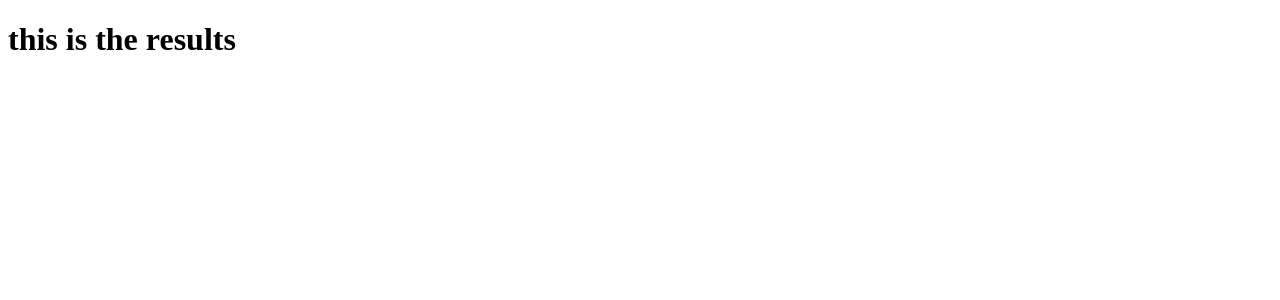
Repository: nazaninrizvi/codecademy
Page: Javascript/Mixed-messages/results.html
These files come from the project's save history. The page is drawn as it stood at one moment and after the next save; the edit follows.
The browser window is 1280 px wide. The pictures show the whole page.

Above is the page before, as saved 2021-11-21 20:51:18.
Console error: TypeError: document.getElementIdById is not a function

After the next save:
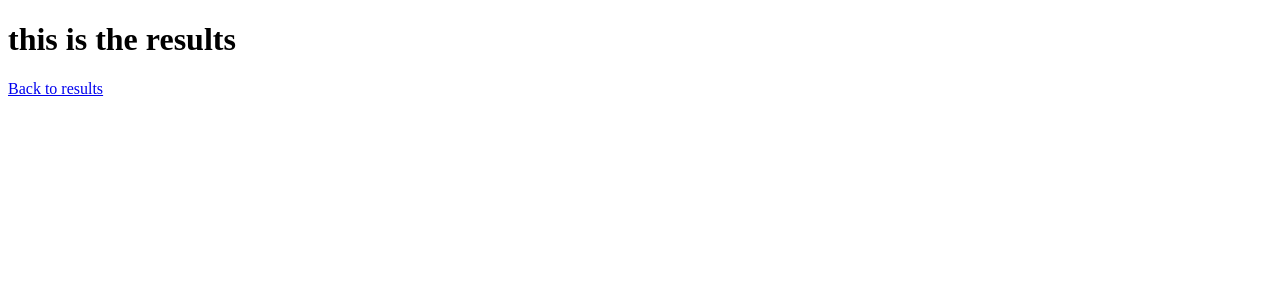
Saved 9 s later.
--- a/Javascript/Mixed-messages/results.html
+++ b/Javascript/Mixed-messages/results.html
@@ -9,7 +9,7 @@
 
     <h1> this is the results</h1>
     <div id='results'>
-        <a href="/"
+        <a href="/">Back to results</a>
     </div>
 </body>
 </html>
